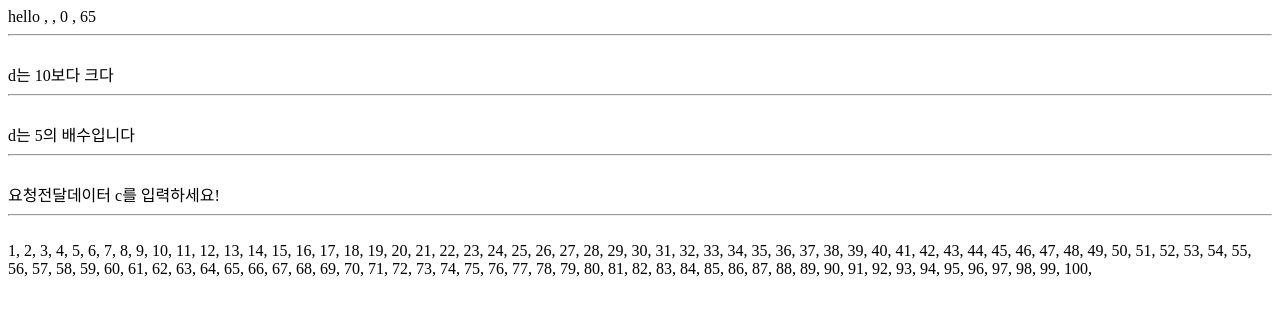
Repository: phoresis92/KITRI_JSP
Page: http://localhost/eljstl2/jstl.jsp
An editor plug-in stored every save of this project. The page is shown before and after the next save, followed by the edit.
The browser window is 1280 px wide. The pictures show the whole page.
The page is served by Tomcat 9.

Above is the page before, as saved 2018-12-20 06:40:08.

After the next save:
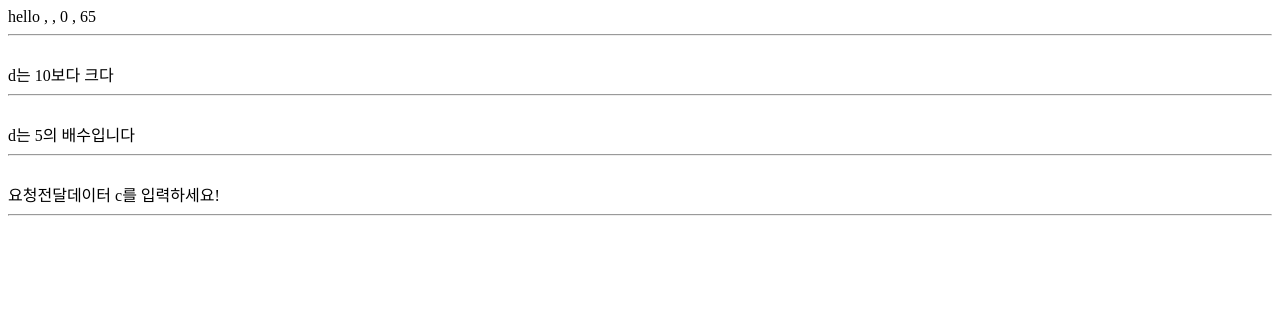
Saved 2 min 25 s later.
--- a/JSP_workspace/eljstl2/WebContent/jstl.jsp
+++ b/JSP_workspace/eljstl2/WebContent/jstl.jsp
@@ -32,8 +32,9 @@
 		요청전달데이터 c를 입력하세요!
 	</c:if>
 	<hr><br>
-	<c:forEach begin="1" end="100" step="1" var="i">
-		${ i },
+	<c:set var="sum" value="0"/>
+	<c:forEach begin="1" end="10" step="1" var="i">
+		<c:set var="sum" value="${sum+i}"/>
 	</c:forEach>
 
 </body>
